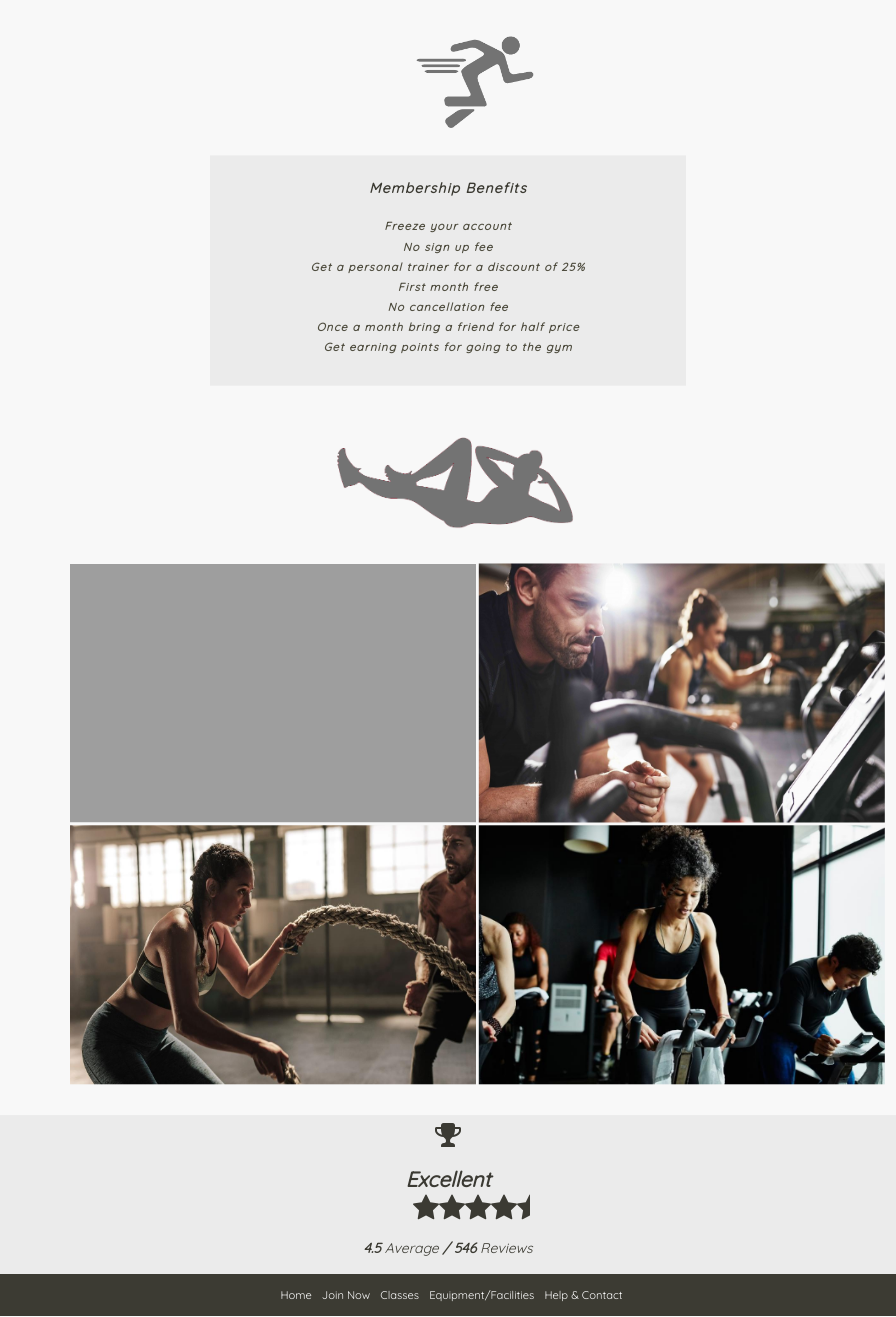
Repository: RicardoAzuul/the_fitness_hub
Page: index.html
The author's editor kept a record of every edit. The page is drawn from the files as they stood at one moment, then again after the next edit.
The browser window is 1280 px wide. The pictures show the part of the page from y = 2660 to 4580 px (the page is 4541 px tall before and 4580 px after), at 70% of full size.
Pictures or frames that could not be fetched are drawn as grey boxes. Some web fonts or font styles are not loaded; a fallback is used.

Above is the page before.

After the next edit:
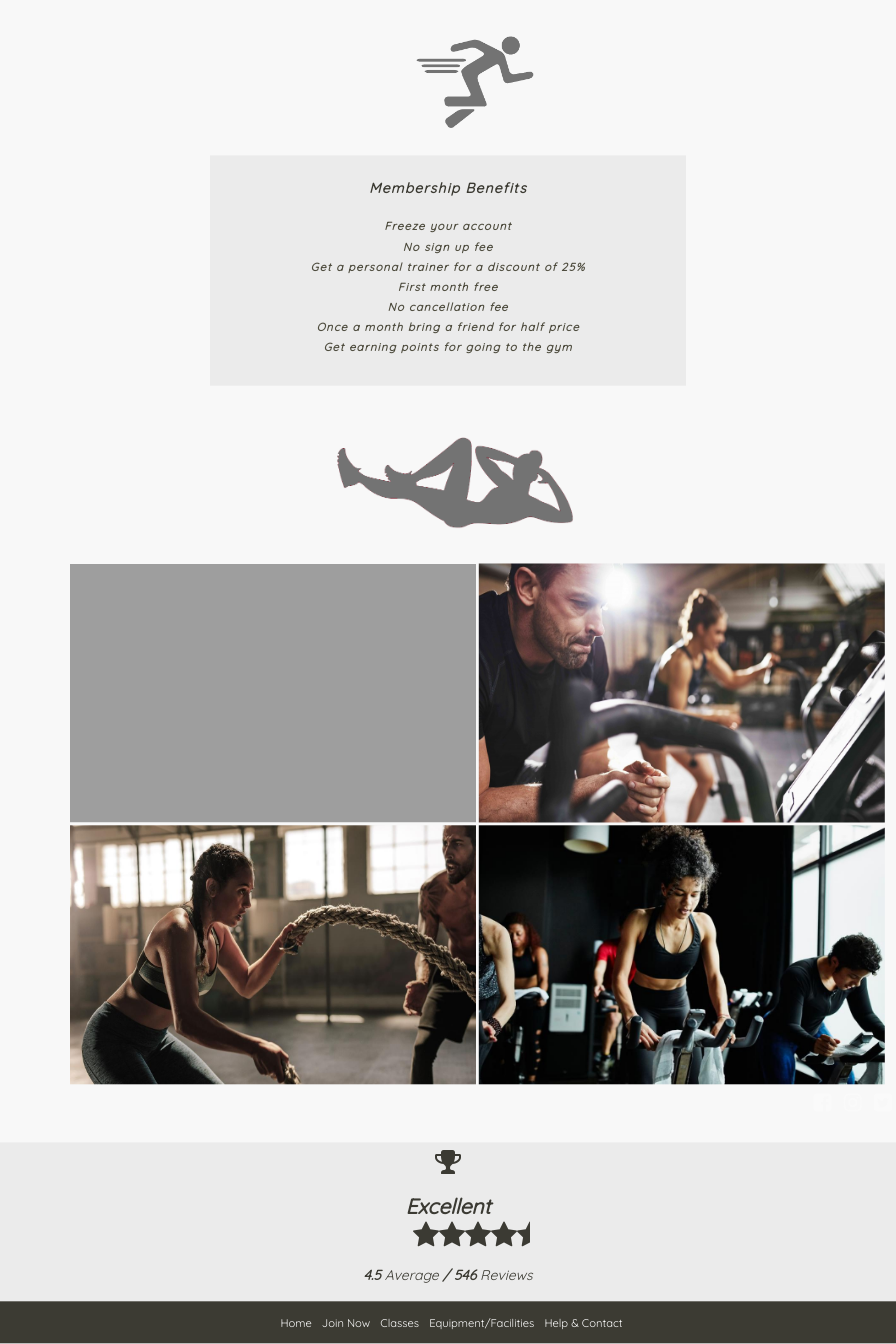
The edit:
--- a/index.html
+++ b/index.html
@@ -103,6 +103,11 @@
         <img src="images/rope_training.jpg" alt="Personal Training session" class="rope">
         <img src="images/cycle_class.jpg" alt="Spin class" class="spin">
         </section>
+        <div class="front-social">
+           <a href=""><i class="fa fa-facebook-square"></i></a>
+           <a href=""><i class="fa fa-instagram"></i></a>
+           <a href=""><i class="fa fa-twitter-square"></i></a>
+           </div>
         <section class="ratings">
         <div class="trophy">
             <i class="fa fa-trophy"></i>
